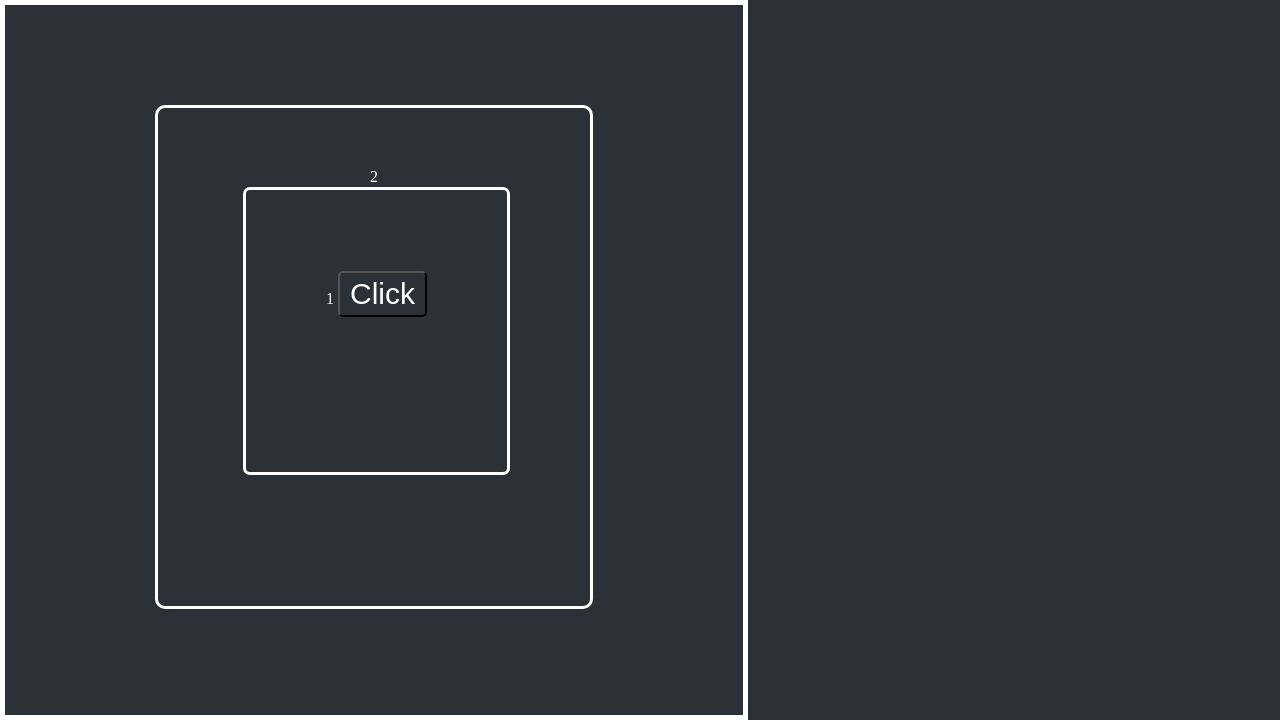
Repository: wakoya-tech/react-project
Page: Desktop/shaakala/hara/index.html
These files come from the project's save history. The page is drawn as it stood at one moment and after the next save; the edit follows.
The browser window is 1280 px wide. The pictures show the whole page.

Above is the page before, as saved 2025-08-29 19:53:41.

After the next save:
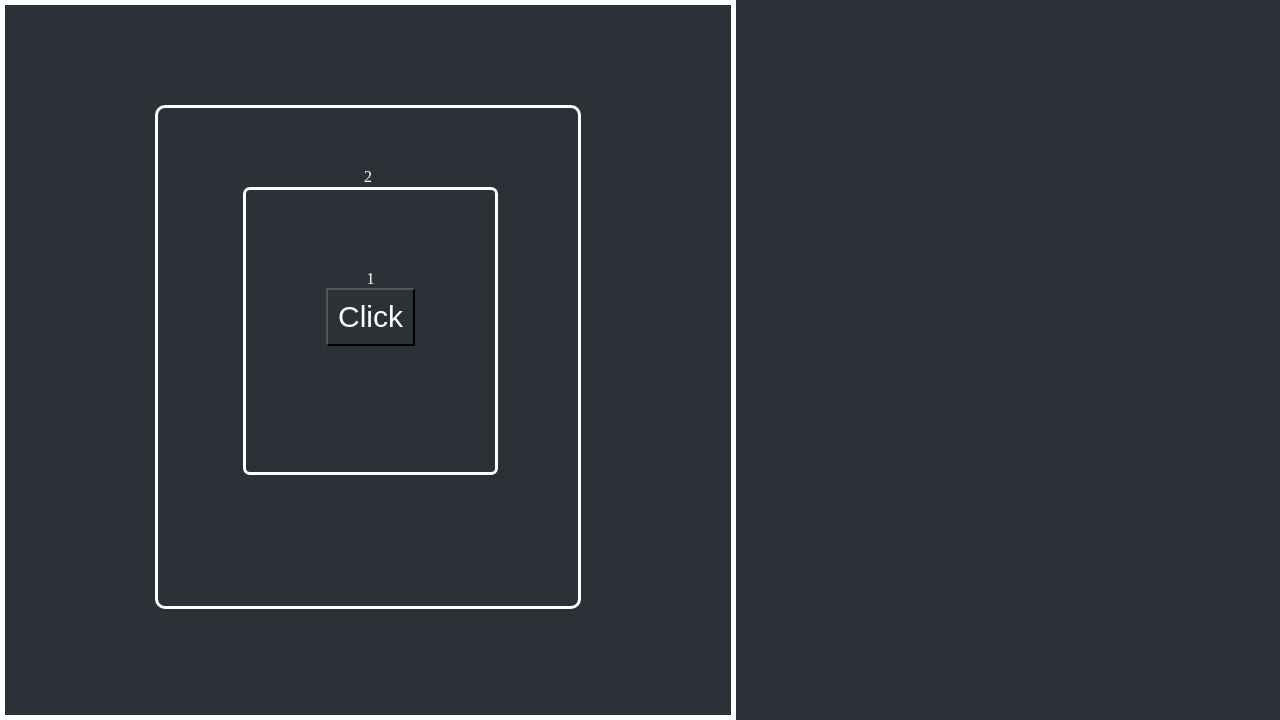
Saved 115 s later.
--- a/Desktop/shaakala/hara/index.html
+++ b/Desktop/shaakala/hara/index.html
@@ -44,6 +44,13 @@
     }
     button {
         font-size: 30px;
+        margin: auto;
+        width: 100%;
+        padding: 10px;
+        cursor: pointer;
+        background: none;
+        color: #fff;
+        display: block;/*
         text-align: center;
         align-items: center;
         background-color: rgb(43, 49, 54);
@@ -51,6 +58,7 @@
         padding: 4px 10px 4px 10px;
         border-radius: 5px;
         margin-top: 1px;
+        */
     }
 
 </style>
